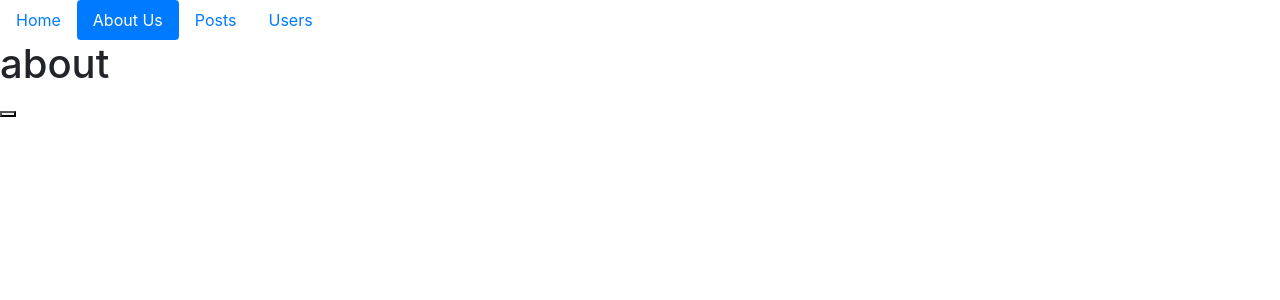
Repository: toufik17/vuejs
Page: /about
These files come from the project's save history. The page is drawn as it stood at one moment and after the next save; the edit follows.
The browser window is 1280 px wide. The pictures show the whole page.
The project was rebuilt for these pictures with package versions that can differ from the ones it lists, and the page was loaded fresh each time. Also part of the build but not shown: src/components/Home.vue, src/components/Post.vue, src/components/Posts.vue, src/components/Users.vue, src/components/users/UsersHome.vue, src/components/users/UsersViewHome.vue.

Above is the page before, as saved 2019-03-06 11:51:15.

After the next save:
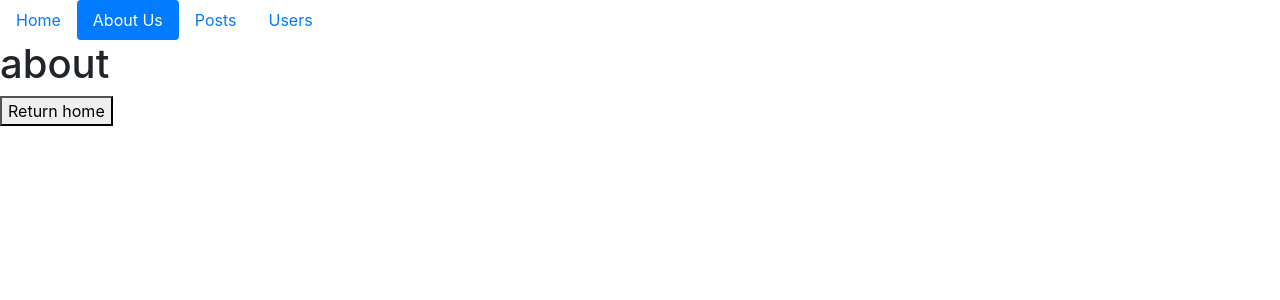
Saved 6 s later.
--- a/src/components/About.vue
+++ b/src/components/About.vue
@@ -1,7 +1,7 @@
 <template>
     <div>
         <h1>about</h1>
-        <button> </button>
+        <button> Return home</button>
     </div>
 
 </template>
